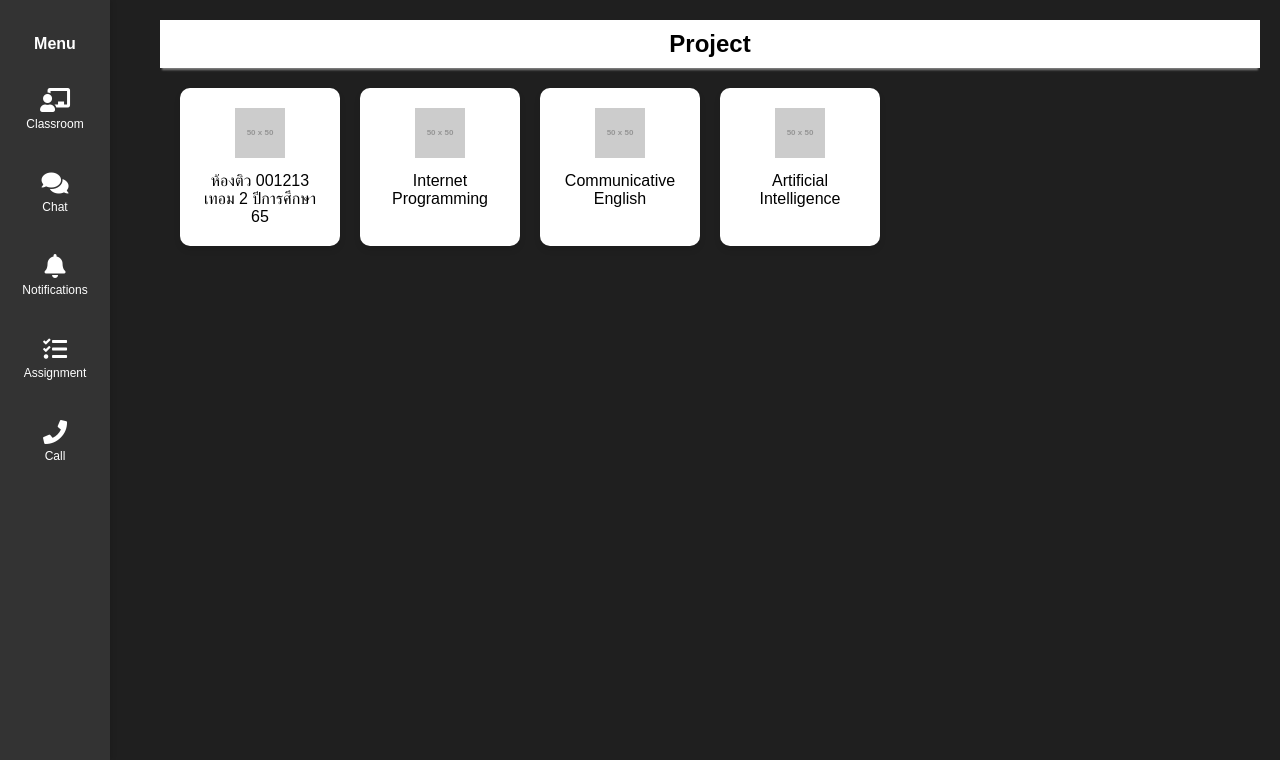
Repository: praifas16/ProPro
Page: docs/studenthead.html
These files come from the project's save history. The page is drawn as it stood at one moment and after the next save; the edit follows.
The browser window is 1280 px wide. The pictures show the whole page.

Above is the page before, as saved 2024-08-21 20:21:30.

After the next save:
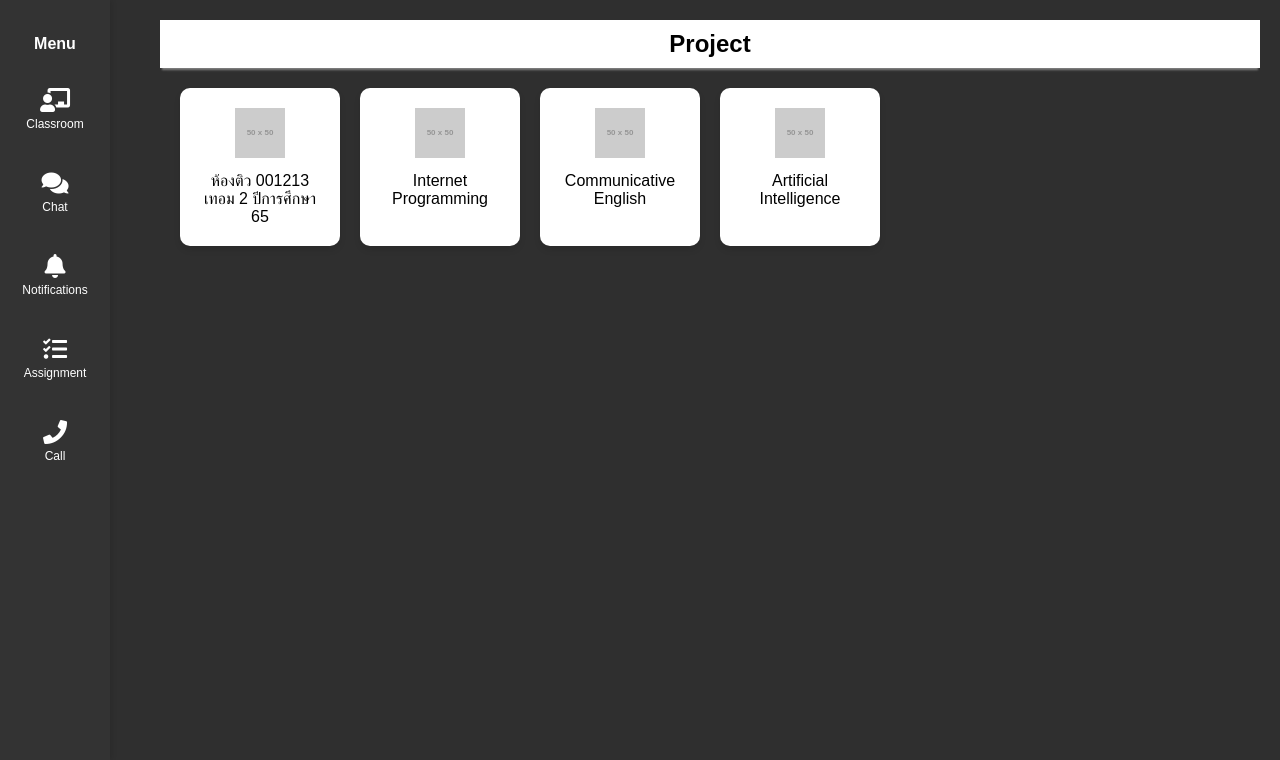
Saved 47 s later.
--- a/docs/studenthead.html
+++ b/docs/studenthead.html
@@ -10,7 +10,7 @@
         font-family: Arial, sans-serif;
         margin: 0;
         padding: 0;
-        background-color: #1f1f1f;
+        background-color: #2f2f2f;
         display: flex;
       }
 
